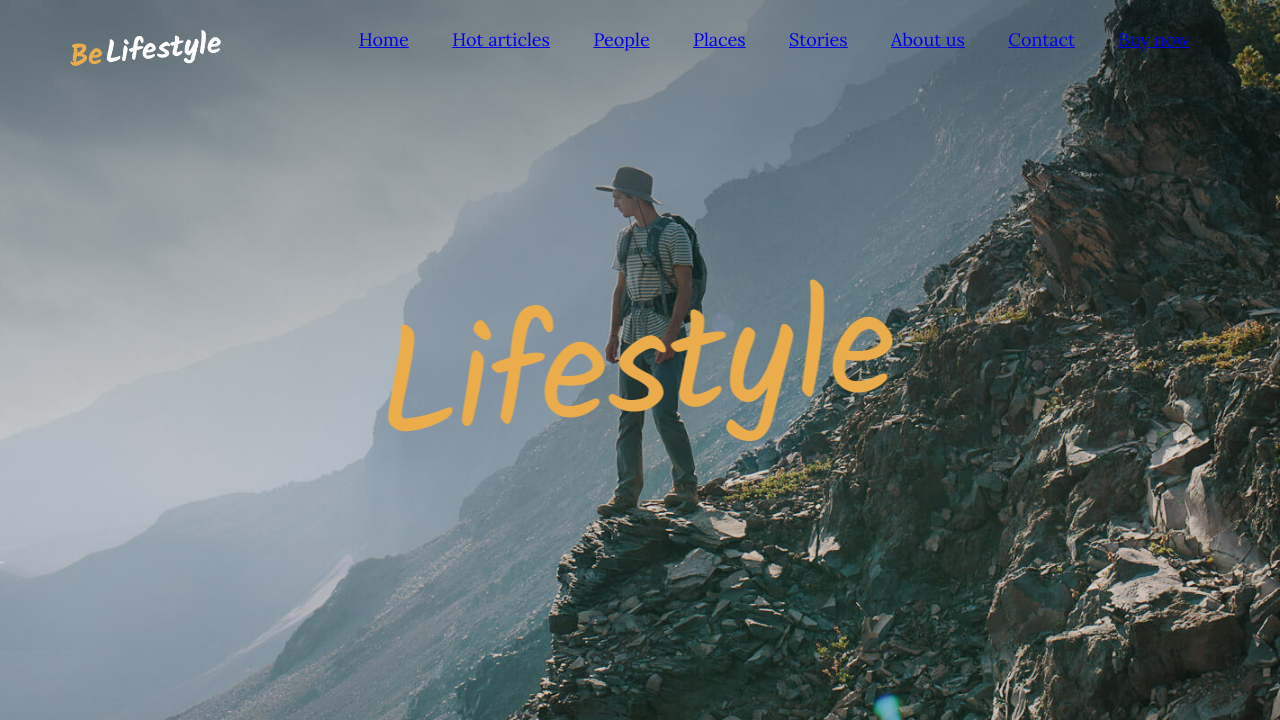
Repository: MalgorzataMazur/BeLife
Page: index.html
The author's editor kept a copy of each file at every save. The page is drawn from the files as they stood at one save, then again after the next save.
The browser window is 1280 px wide. The pictures show the whole page.

Above is the page before, as saved 2019-10-31 16:12:11.

After the next save:
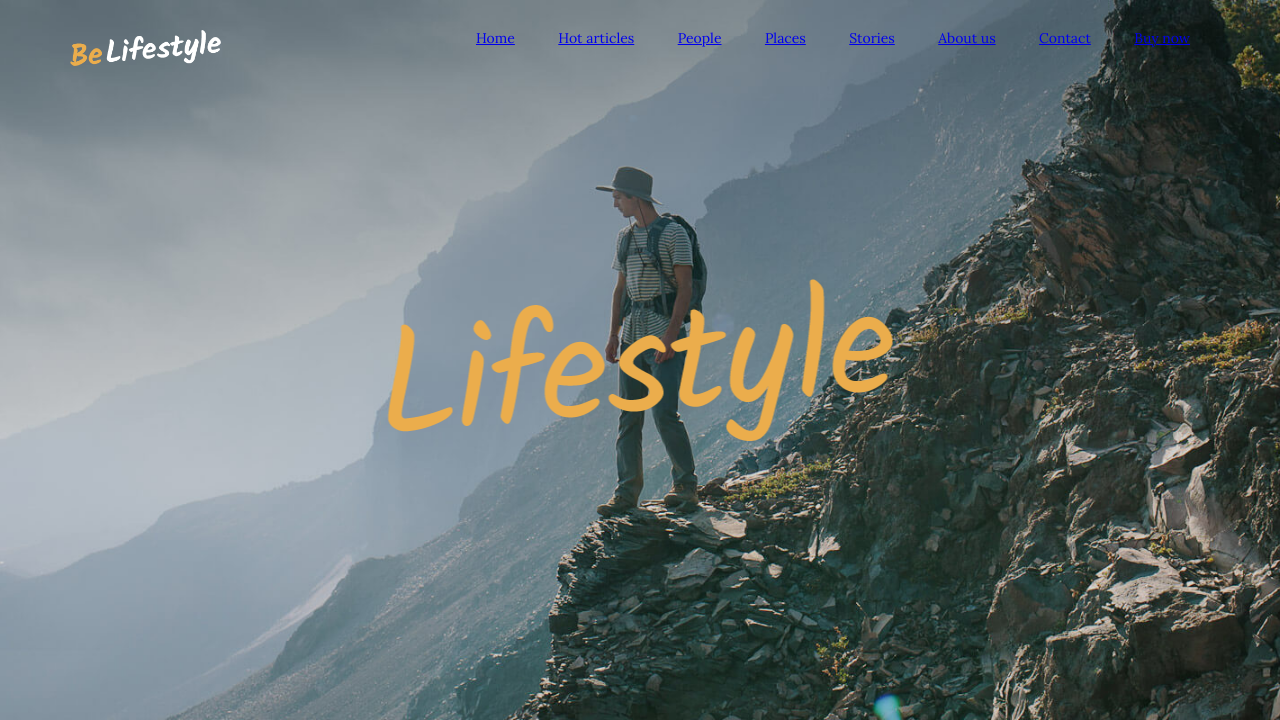
Saved 3 min 11 s later.
--- a/resources/css/style.css
+++ b/resources/css/style.css
@@ -58,7 +58,7 @@
 }
 .main-nav li {
     display: inline-block;
-    font-size: 18px;
+    font-size: 14px;
     margin-top: 30px;
     padding: 0 20px;
 }

After the save that followed:
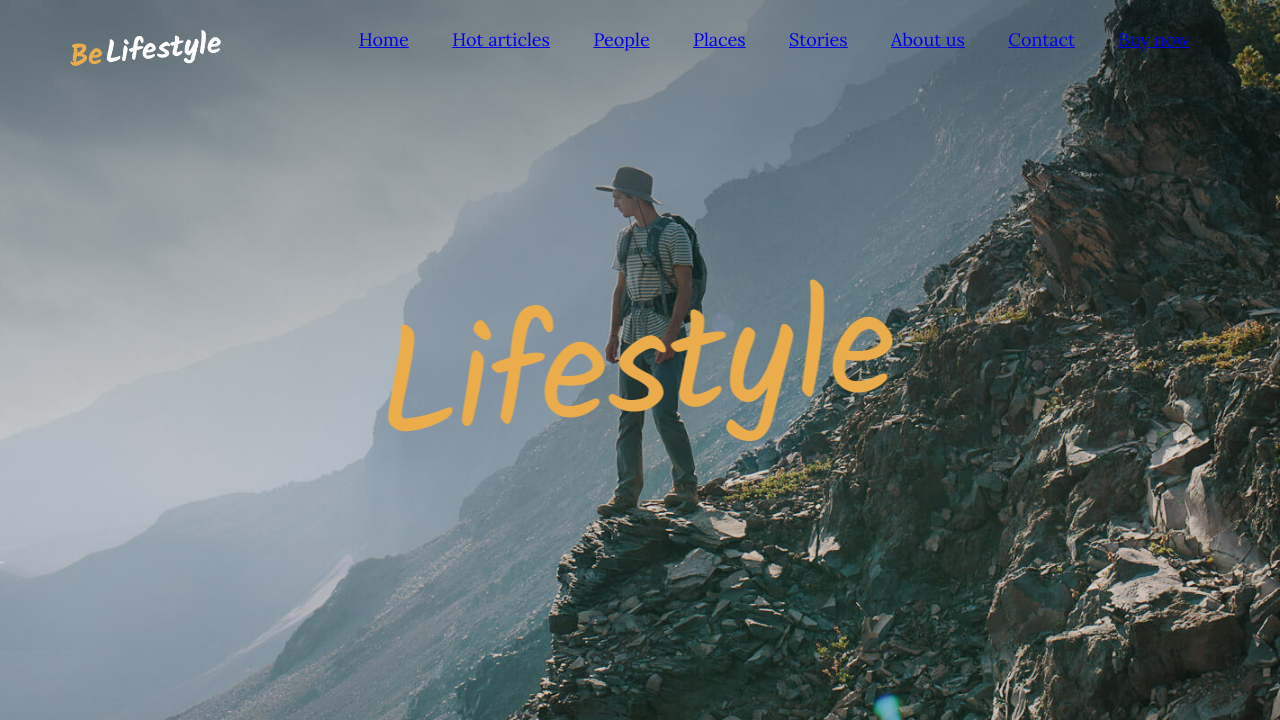
Saved 18 s later.
--- a/resources/css/style.css
+++ b/resources/css/style.css
@@ -58,7 +58,7 @@
 }
 .main-nav li {
     display: inline-block;
-    font-size: 14px;
+    font-size: 18px;
     margin-top: 30px;
     padding: 0 20px;
 }
